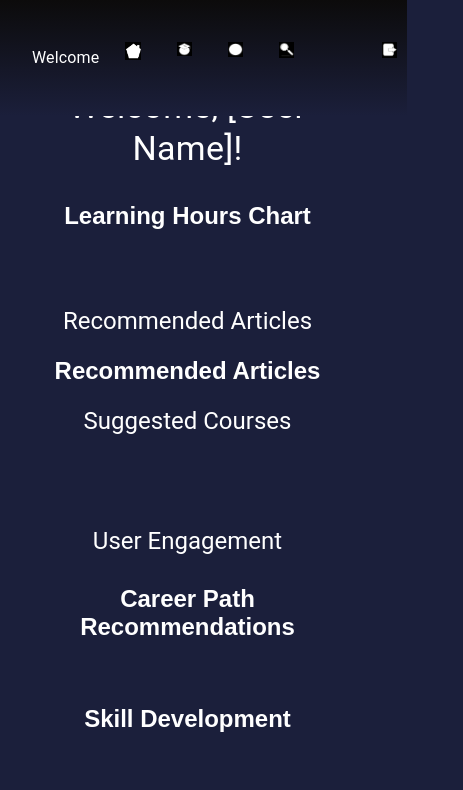
Repository: jvt2/OnlineCourseApp
Page: /dashboard
The author's editor kept a copy of each file at every save. The page is drawn from the files as they stood at one save, then again after the next save.
The browser window is 375 px wide. The page is 375 px wide, then 463 px, so the pictures cover 463 px, including what lies to the right of the window. The pictures show the whole page.
The page's requests for data from a server got no answer. The project was rebuilt for these pictures with package versions that can differ from the ones it lists, and the page was loaded fresh each time. No one was signed in, and anything a server would have sent is missing. Also part of the build but not shown: src/features/auth/Register.js, src/features/auth/Login.js, src/features/courses/ResumeUpload.js, src/features/courses/CourseRecommendations.js, src/components/common/MyModal.js, src/features/courses/CourseCatalog.js, src/features/courses/CourseDetail.js, src/components/common/Navbar.js and 3 more. Imported but missing from the stored project, and not drawn on this page: src/app/reportWebVitals.

Above is the page before, as saved 2024-07-18 17:53:34.

After the next save:
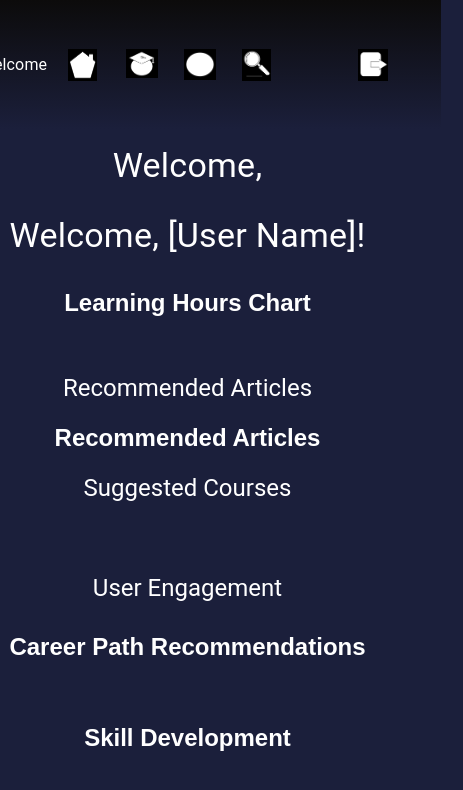
Saved 110 s later.
--- a/src/features/dashboard/Dashboard.css
+++ b/src/features/dashboard/Dashboard.css
@@ -89,7 +89,6 @@ body {
   transition: all var(--transition-speed) ease;
   color: var(--icon-color);
 }
-
 .sidebar-icon:hover {
   background-color: var(--hover-color);
   color: var(--icon-hover-color);
@@ -176,6 +175,7 @@ body {
   font-size: 0.9em;
 }
 
+/* Media Queries */
 @media (max-width: 768px) {
   .container {
     grid-template-columns: 1fr;
@@ -188,6 +188,7 @@ body {
     width: 100%;
     height: auto;
     padding: var(--spacing-unit);
+    position: relative;
   }
 
   .sidebar-main {
@@ -201,4 +202,37 @@ body {
   .dashboard-header {
     font-size: 1.5rem;
   }
-}
+
+  .dashboard-container {
+    margin-left: 0;
+  }
+}
+
+@media (max-width: 480px) {
+  .container {
+    flex-direction: column;
+  }
+
+  .sidebar {
+    flex-direction: column;
+    align-items: flex-start;
+    padding: 10px;
+    position: relative;
+  }
+
+  .sidebar-main {
+    flex-direction: row;
+  }
+
+  .sidebar-icon {
+    margin: 5px;
+  }
+
+  .dashboard-header {
+    font-size: 1.2rem;
+  }
+
+  .dashboard-container {
+    margin-left: 0;
+  }
+}
